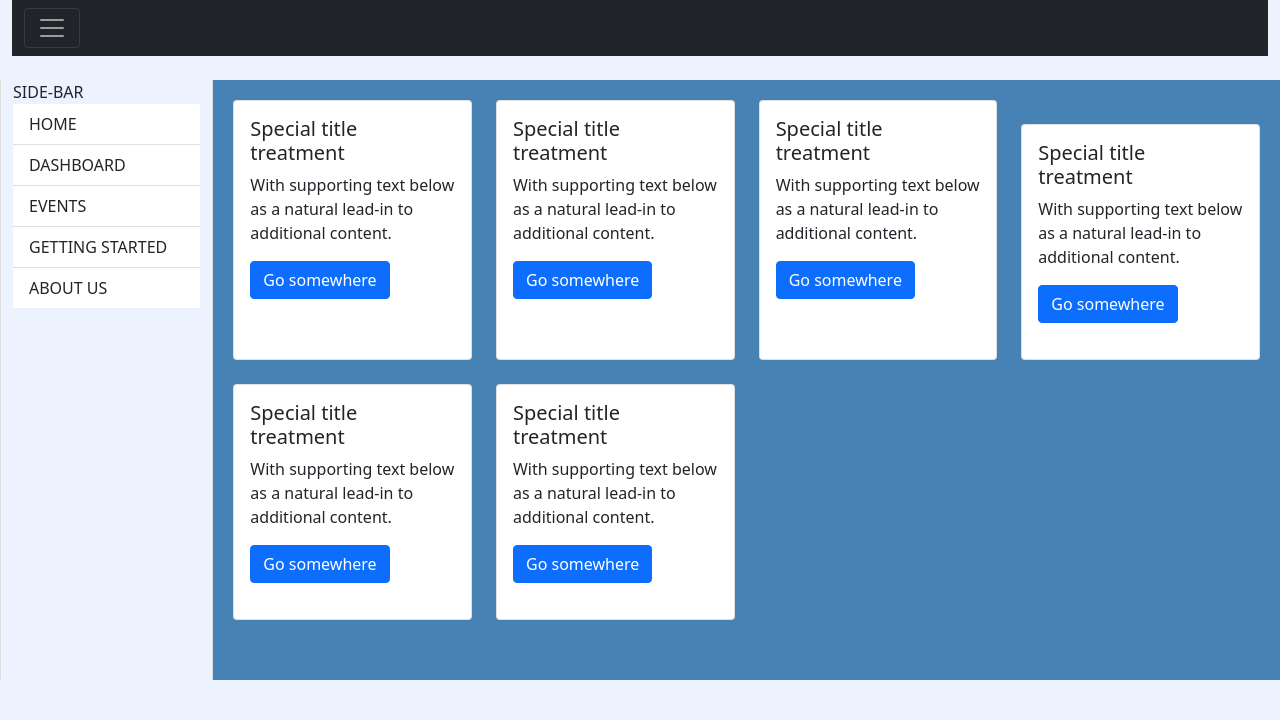
Repository: Dayvid0/BOOTSTRAP-TUTORIALS
Page: cosmos.example.html
An editor plug-in stored every save of this project. The page is shown before and after the next save, followed by the edit.
The browser window is 1280 px wide. The pictures show the whole page.

Above is the page before, as saved 2025-01-29 09:56:15.

### cosmos.example.html
<!doctype html>
<html lang="en">
  <head>
    <!-- Required meta tags -->
    <meta charset="utf-8">
    <meta name="viewport" content="width=device-width, initial-scale=1">
    <!-- Bootstrap CSS -->
    <link href="https://cdn.jsdelivr.net/npm/bootstrap@5.0.2/dist/css/bootstrap.min.css" rel="stylesheet" integrity="sha384-EVSTQN3/azprG1Anm3QDgpJLIm9Nao0Yz1ztcQTwFspd3yD65VohhpuuCOmLASjC" crossorigin="anonymous">
    <title>Cosmos-example</title>
    <style>
      body {
        background-color: #ecf3ff;
      }
      .main-content {
        background-color: #4682b4;
        padding: 20px;
        min-height: 600px;
      }
      .sidebar {
        min-height: 600px;
        border-right: 1px solid #ddd;
        border-left: 1px solid #ddd;
      }
      .card {
        margin-bottom: 20px;
        height: 100%;
      }
    </style>
  </head>
  <body>
    <div class="container-fluid">
      <!--navbar-->
      <div class="collapse" id="navbarToggleExternalContent">
        <div class="bg-dark p-4">
          <h5 class="text-white h4">Collapsed content</h5>
          <span class="text-muted">Toggleable via the navbar brand.</span>
        </div>
      </div>
      <nav class="navbar navbar-dark bg-dark">
        <div class="container-fluid">
          <button class="navbar-toggler" type="button" data-bs-toggle="collapse" data-bs-target="#navbarToggleExternalContent" aria-controls="navbarToggleExternalContent" aria-expanded="false" aria-label="Toggle navigation">
            <span class="navbar-toggler-icon"></span>
          </button>
        </div>
      </nav>
    </div>
    <div class="container-fluid">
      <div class="row pt-4">
        <!-- Sidebar -->
        <div class="sidebar col-md-2">
          SIDE-BAR
          <ul class="list-group list-group-flush">
            <li class="list-group-item">HOME</li>
            <li class="list-group-item">DASHBOARD</li>
            <li class="list-group-item">EVENTS</li>
            <li class="list-group-item">GETTING STARTED</li>
            <li class="list-group-item">ABOUT US</li>
          </ul>
        </div>
        <!-- Main Content -->
        <div class="main-content col-md-10">
          <div class="row">
            <!-- Card 1 -->
            <div class="col-md-4 col-lg-3 col-sm-6">
              <div class="card">
                <div class="card-body">
                  <h5 class="card-title">Special title treatment</h5>
                  <p class="card-text">With supporting text below as a natural lead-in to additional content.</p>
                  <a href="#" class="btn btn-primary">Go somewhere</a>
                </div>
              </div>
            </div>
            <!-- Card 2 -->
            <div class="col-md-4 col-lg-3 col-sm-6">
              <div class="card">
                <div class="card-body">
                  <h5 class="card-title">Special title treatment</h5>
                  <p class="card-text">With supporting text below as a natural lead-in to additional content.</p>
                  <a href="#" class="btn btn-primary">Go somewhere</a>
                </div>
              </div>
            </div>
            <!-- You can add more cards here following the same structure -->
             <!--CARD 3-->
             <div class="col-md-4 col-lg-3 col-sm-6">
              <div class="card">
                <div class="card-body">
                  <h5 class="card-title">Special title treatment</h5>
                  <p class="card-text">With supporting text below as a natural lead-in to additional content.</p>
                  <a href="#" class="btn btn-primary">Go somewhere</a>
                </div>
              </div>
            </div>
             <!--CARD 4-->
             <div class="col-md-4 col-lg-3 col-sm-6 pt-4">
              <div class="card">
                <div class="card-body">
                  <h5 class="card-title">Special title treatment</h5>
                  <p class="card-text">With supporting text below as a natural lead-in to additional content.</p>
                  <a href="#" class="btn btn-primary">Go somewhere</a>
                </div>
              </div>
            </div>
             <!--CARD 5-->
             <div class="col-md-4 col-lg-3 col-sm-6 pt-4">
              <div class="card">
                <div class="card-body">
                  <h5 class="card-title">Special title treatment</h5>
                  <p class="card-text">With supporting text below as a natural lead-in to additional content.</p>
                  <a href="#" class="btn btn-primary">Go somewhere</a>
                </div>
              </div>
            </div>
             <!--CARD 6-->
             <div class="col-md-4 col-lg-3 col-sm-6   pt-4">
              <div class="card">
                <div class="card-body">
                  <h5 class="card-title">Special title treatment</h5>
                  <p class="card-text">With supporting text below as a natural lead-in to additional content.</p>
                  <a href="#" class="btn btn-primary">Go somewhere</a>
                </div>
              </div>
            </div>
            <!--END OF CARDS-->
          </div>
        </div>
      </div>
    </div>
    <script src="https://cdn.jsdelivr.net/npm/bootstrap@5.0.2/dist/js/bootstrap.bundle.min.js" integrity="sha384-MrcW6ZMFYlzcLA8Nl+NtUVF0sA7MsXsP1UyJoMp4YLEuNSfAP+JcXn/tWtIaxVXM" crossorigin="anonymous"></script>
  </body>
</html>

After the next save:
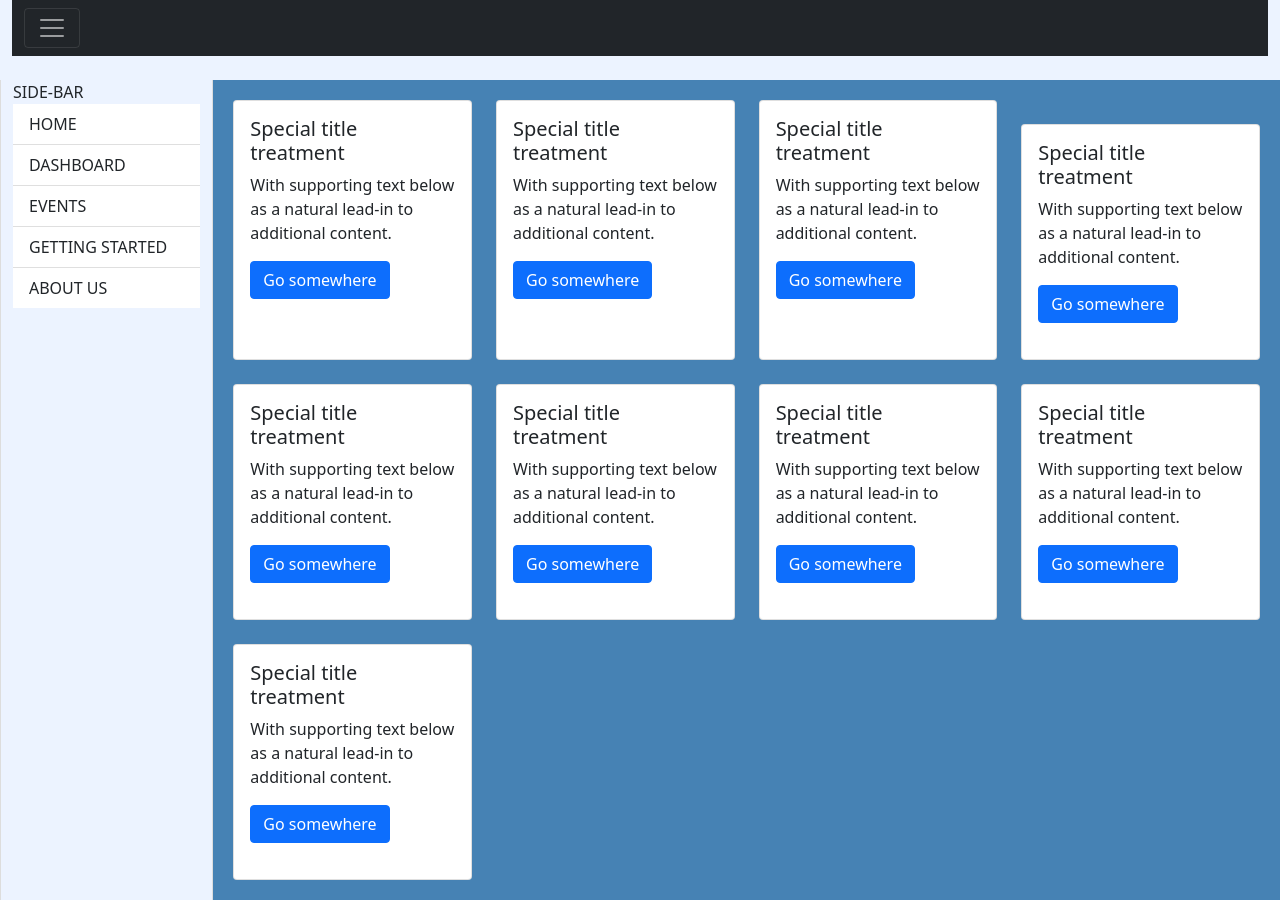
Saved 31 s later.
--- a/cosmos.example.html
+++ b/cosmos.example.html
@@ -121,6 +121,36 @@
                 </div>
               </div>
             </div>
+             <!--CARD 4-->
+             <div class="col-md-4 col-lg-3 col-sm-6 pt-4">
+              <div class="card">
+                <div class="card-body">
+                  <h5 class="card-title">Special title treatment</h5>
+                  <p class="card-text">With supporting text below as a natural lead-in to additional content.</p>
+                  <a href="#" class="btn btn-primary">Go somewhere</a>
+                </div>
+              </div>
+            </div>
+             <!--CARD 5-->
+             <div class="col-md-4 col-lg-3 col-sm-6 pt-4">
+              <div class="card">
+                <div class="card-body">
+                  <h5 class="card-title">Special title treatment</h5>
+                  <p class="card-text">With supporting text below as a natural lead-in to additional content.</p>
+                  <a href="#" class="btn btn-primary">Go somewhere</a>
+                </div>
+              </div>
+            </div>
+             <!--CARD 6-->
+             <div class="col-md-4 col-lg-3 col-sm-6   pt-4">
+              <div class="card">
+                <div class="card-body">
+                  <h5 class="card-title">Special title treatment</h5>
+                  <p class="card-text">With supporting text below as a natural lead-in to additional content.</p>
+                  <a href="#" class="btn btn-primary">Go somewhere</a>
+                </div>
+              </div>
+            </div>
             <!--END OF CARDS-->
           </div>
         </div>
